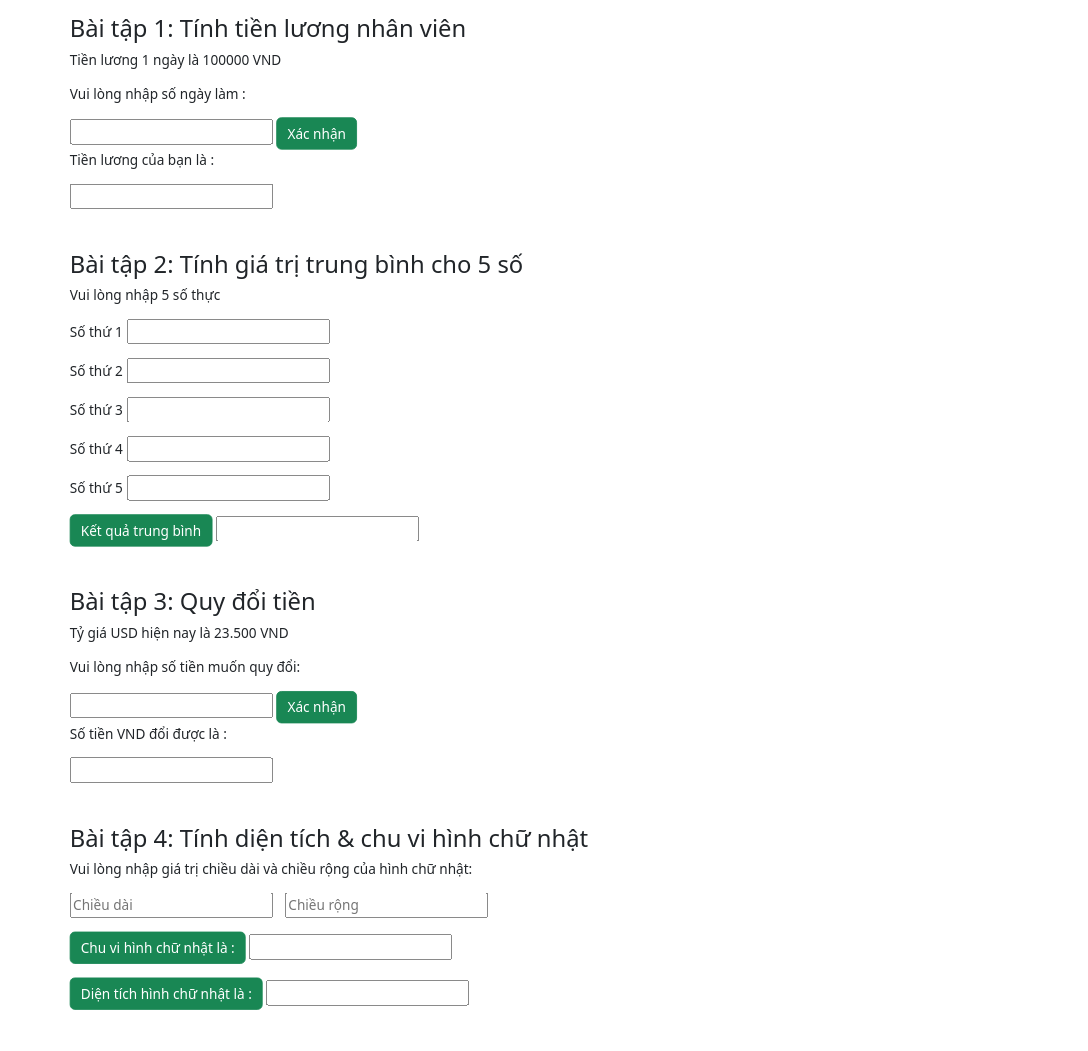
Repository: hcozyph/TranHuuPhuoc_BC43_BT_JS_Buoi2
Page: index.html
An editor plug-in stored every save of this project. The page is shown before and after the next save, followed by the edit.
The browser window is 1280 px wide. The pictures show the whole page, at 85% of full size.

Above is the page before, as saved 2023-01-21 23:11:27.

After the next save:
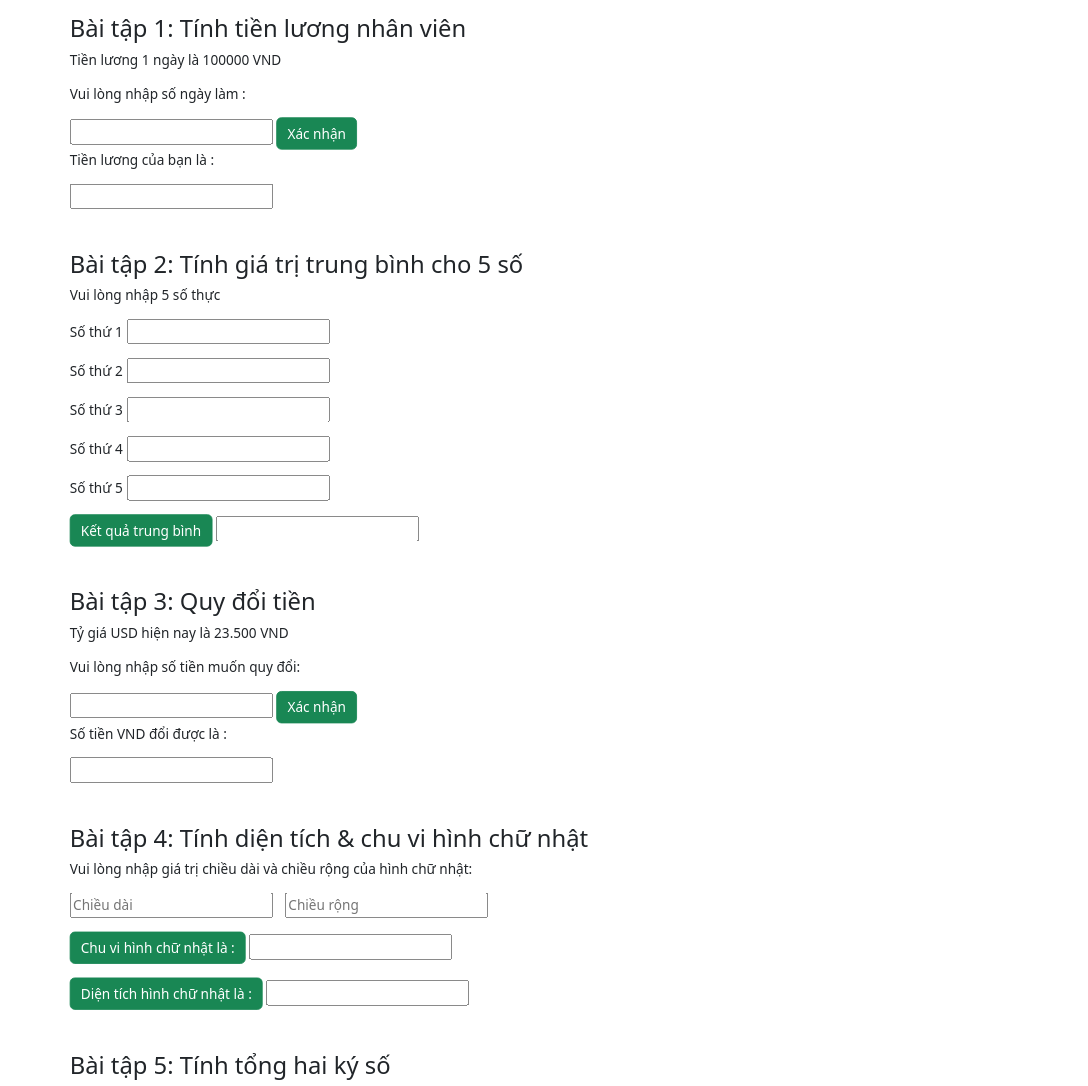
Saved 16 s later.
--- a/index.html
+++ b/index.html
@@ -126,7 +126,7 @@
 
             <!-- BT5 -->
             <div class="BT5">
-                <h1 class="fs-3 mt-5"></h1>
+                <h1 class="fs-3 mt-5">Bài tập 5: Tính tổng hai ký số</h1>
             </div>
         </div>
 
